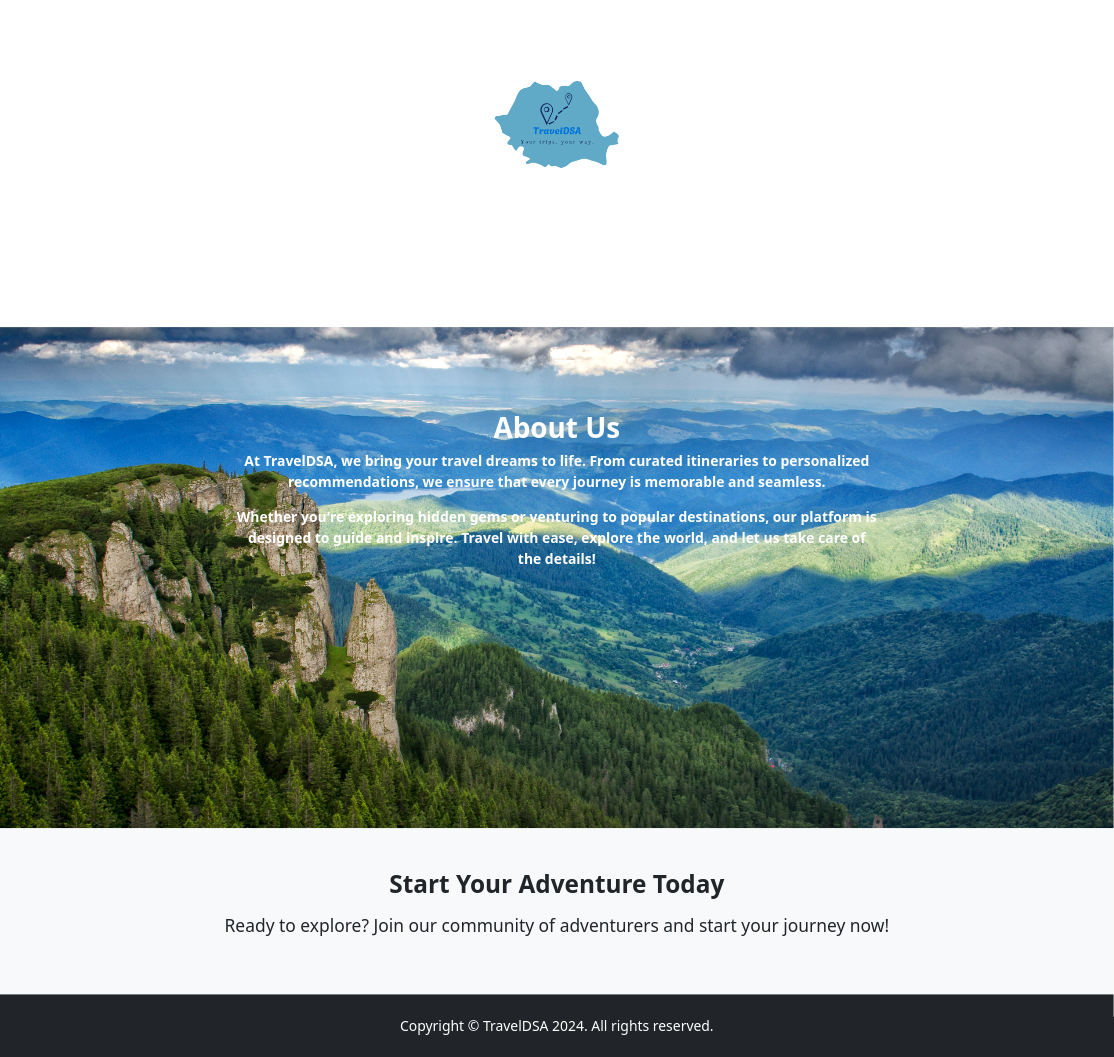
Repository: bettowww/TravelDSA
Page: /home
These files come from the project's save history. The page is drawn as it stood at one moment and after a run of saves; the edit follows.
The browser window is 1280 px wide. The pictures show the whole page, at 87% of full size.
The project was rebuilt for these pictures with package versions that can differ from the ones it lists, and the page was loaded fresh each time. The framework's server and built-in components were replaced by stand-ins that run in the browser. Also part of the build but not shown: next.config.mjs.

Above is the page before, as saved 2024-12-10 13:53:09.

After the next 2 saves:
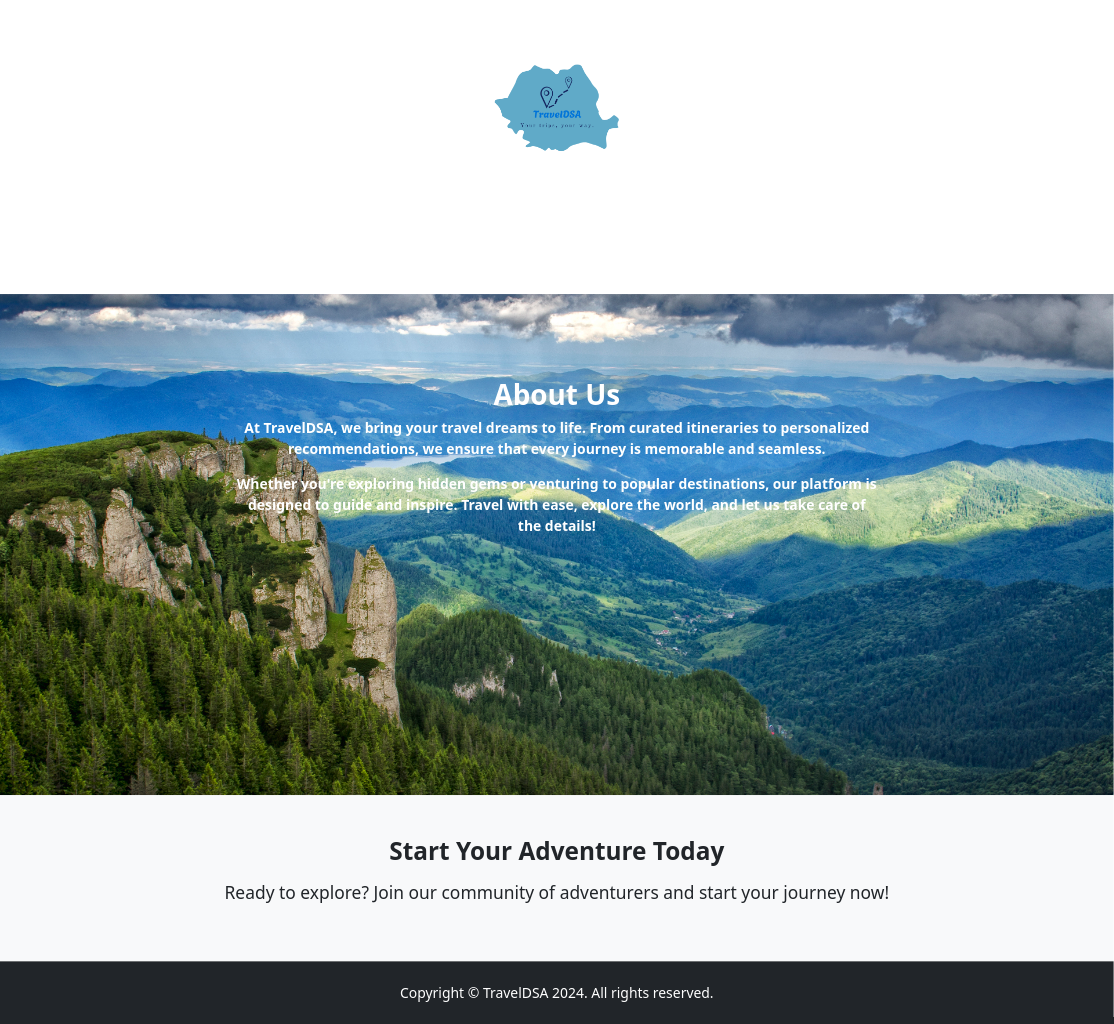
The 2 saves are shown as one change because they came seconds apart.
The last was saved 12 s later.
--- a/app/home/page.jsx
+++ b/app/home/page.jsx
@@ -12,7 +12,7 @@ const HomePage = () => {
   return (
     <div>
       {/* Header Section */}
-      <header style={{ padding: "20px 0", backgroundColor: "var(--color-darkblue1)" }}>
+      <header style={{ padding: "1px 0", backgroundColor: "var(--color-darkblue1)" }}>
         <div className="text-center my-5">
           <img
             className="img-fluid rounded-circle mb-4"
